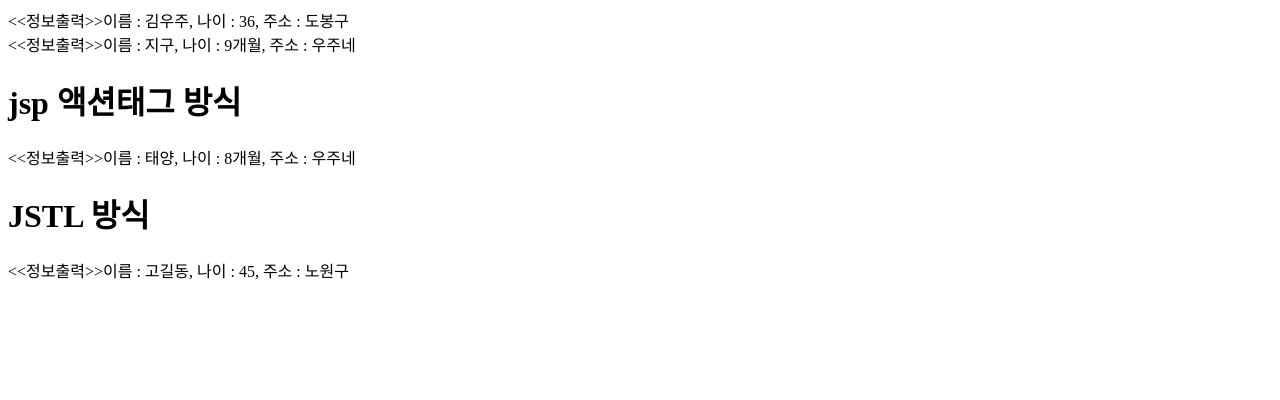
Repository: UnibusK/Java-Study
Page: http://localhost/JSP29/
These files come from the project's save history. The page is drawn as it stood at one moment and after the next save; the edit follows.
The browser window is 1280 px wide. The pictures show the whole page.
The page is served by Tomcat 9.

Above is the page before, as saved 2023-12-06 06:29:33.

After the next save:
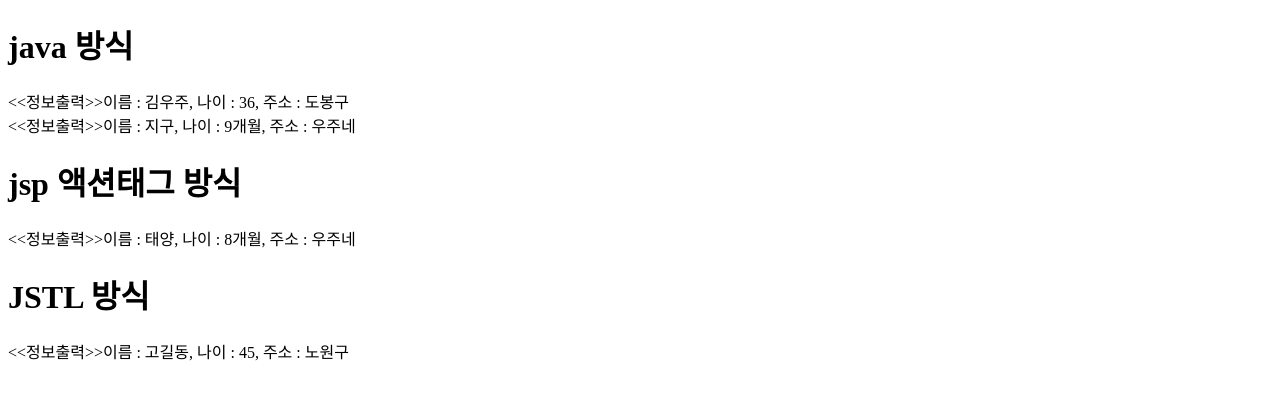
Saved 25 s later.
--- a/JSP/JSP29/src/main/webapp/index.jsp
+++ b/JSP/JSP29/src/main/webapp/index.jsp
@@ -8,6 +8,7 @@
 		<title>자바빈과 JSTL</title>
 	</head>
 	<body>
+		<h1>java 방식</h1>
 		<%
 			beans.Student s1=new beans.Student();
 			s1.setName("김우주");
